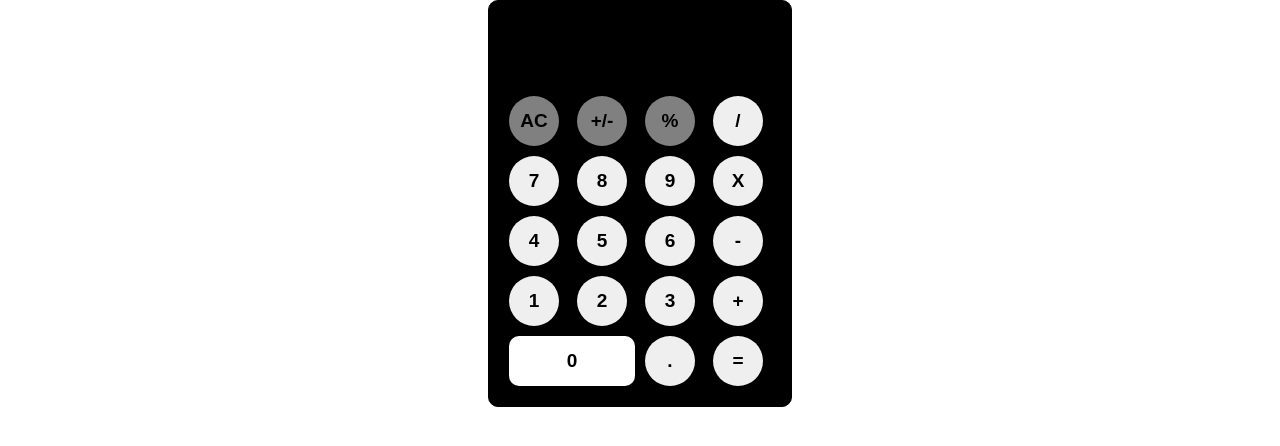
Repository: dmpelaez/calculator
Page: Calculator.html
The author's editor kept a copy of each file at every save. The page is drawn from the files as they stood at one save, then again after the next save.
The browser window is 1280 px wide. The pictures show the whole page.

Above is the page before, as saved 2025-12-15 22:25:24.

After the next save:
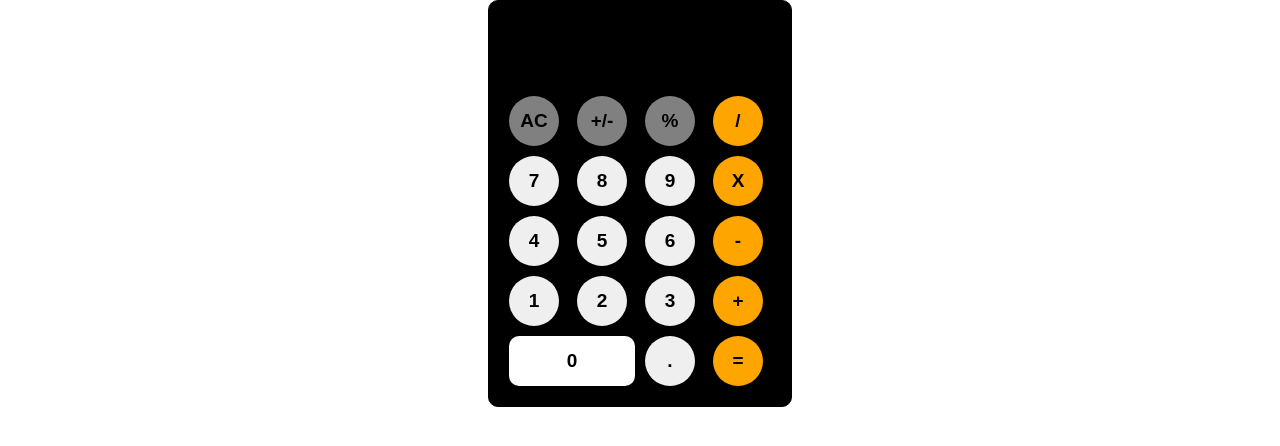
Saved 69 s later.
--- a/Calculator.css
+++ b/Calculator.css
@@ -64,3 +64,10 @@ background: black;
 .rmnder {
   background: gray;
 }
+.divide,
+.times,
+.minus,
+.plus,
+.equal {
+  background: orange;
+}
